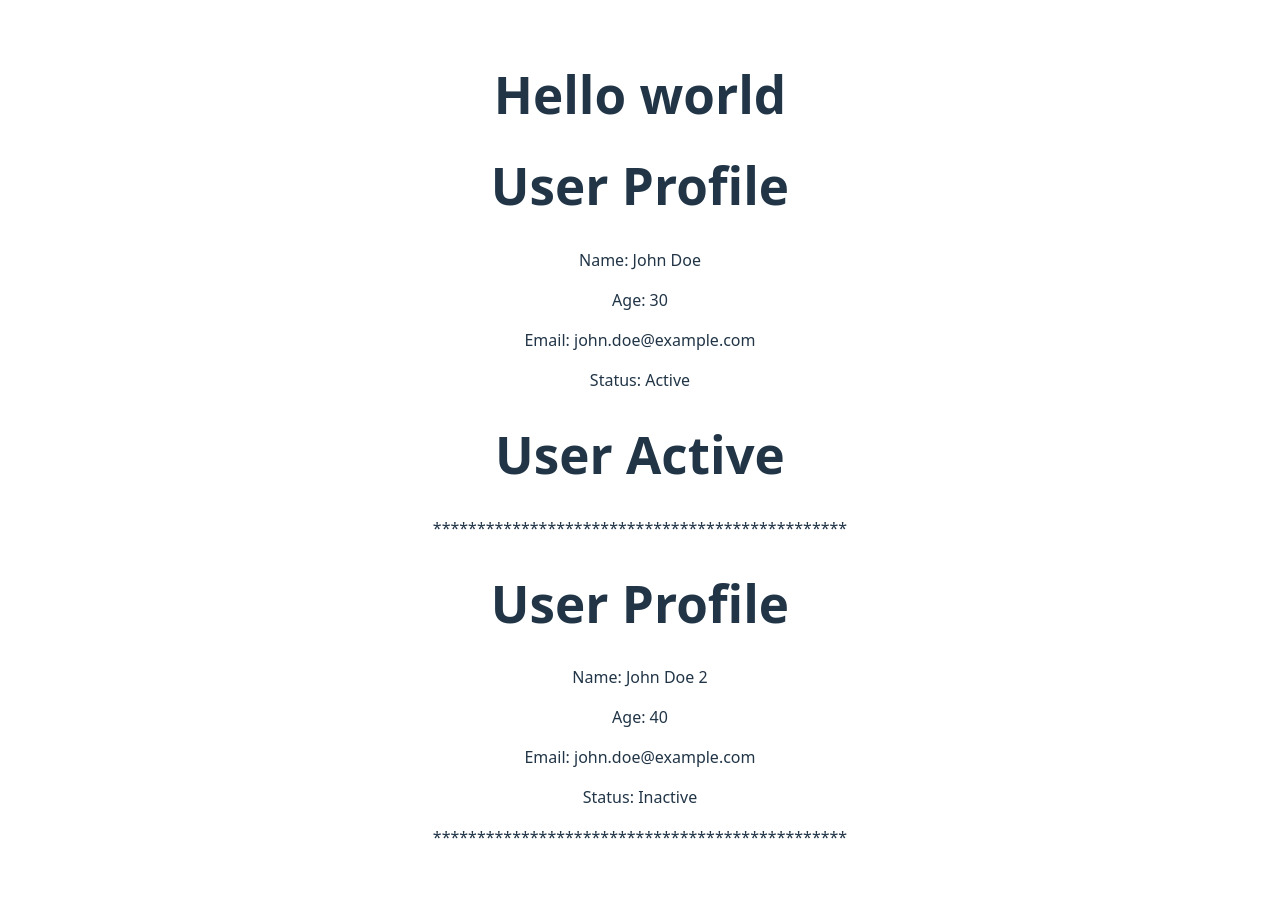
Repository: Janum4444/React-learning
Page: /
The author's editor kept a copy of each file at every save. The page is drawn from the files as they stood at one save, then again after the next save.
The browser window is 1280 px wide. The pictures show the whole page.
The project was rebuilt for these pictures with package versions that can differ from the ones it lists, and the page was loaded fresh each time. Also part of the build but not shown: vite.config.js, src/Button.jsx, src/DynamicToaster.jsx, src/Hello.jsx.

Above is the page before, as saved 2026-02-22 12:49:56.

### src/App.jsx

import './App.css'
import { DynamicToaster } from './DynamicToaster.jsx'
import { Hello } from './Hello.jsx'
import {UserProfile, CustomComponent} from './UserProfile.jsx'

function App() {

  // let product = [
  //   {
  //     id: 1,
  //     name: "Product 1",
  //     price: 100
  //   },
  //   {
  //     id: 2,
  //     name: "Product 2",
  //     price: 200
  //   }
  // ]

  return (
    <>
      <div>
        <h1> Hello world</h1>
        <UserProfile name="John Doe" age={30} email="john.doe@example.com" isActive={true} />
        <UserProfile name="John Doe 2" age={40} email="john.doe@example.com" isActive={false} />




        {/* <CustomComponent />
        <Hello />   */}
        {/* <DynamicToaster  product={product[0]} />

        {/* //company creation */}
        {/* <DynamicToaster message="Company created successfully!" product={product[0]} label="Company close" temp="temp data" />

        <DynamicToaster message="Role created successfully!" />   */}


      </div>
    </>
  )
}

export default App

### src/UserProfile.jsx


export const UserProfile = ({name, age, email, isActive}) => {

    // let userStatus = null;
    // if(isActive) {
    //     userStatus = <h1>User Active</h1>
    // } else {
    //     userStatus = <h2>User Not Active</h2>
    // }

    return (
        <div>
            <h1> User Profile </h1>
            <p>Name: {name}</p>
            <p>Age: {age}</p>
            <p>Email: {email}</p>
            <p>Status: {isActive ? "Active" : "Inactive"}</p>

            {
                isActive && <h1>User Active</h1>
            }


            {/* <h1>User Active</h1>
            <h2>User Not Active</h2> */}
            <p>***********************************************</p>
        </div>
    )
}


export const CustomComponent = () => {
    return (
        <div>
            <h1> Custom Component </h1>
        </div>
    )
}

### src/ProductList.jsx
export const ProductList = ({ products }) => {
    return (
        <div>
            <h1> Product List </h1>
            {products.map((product, index) => (
                <div key={index}>
                    <p>Name: {product.name}</p>
                    <p>Price: ${product.price}</p>
                </div>
            ))}
        </div>
    )
}

Loaded but not shown: src/main.jsx (common file); src/index.css (common file); src/App.css (common file)

After the next save:
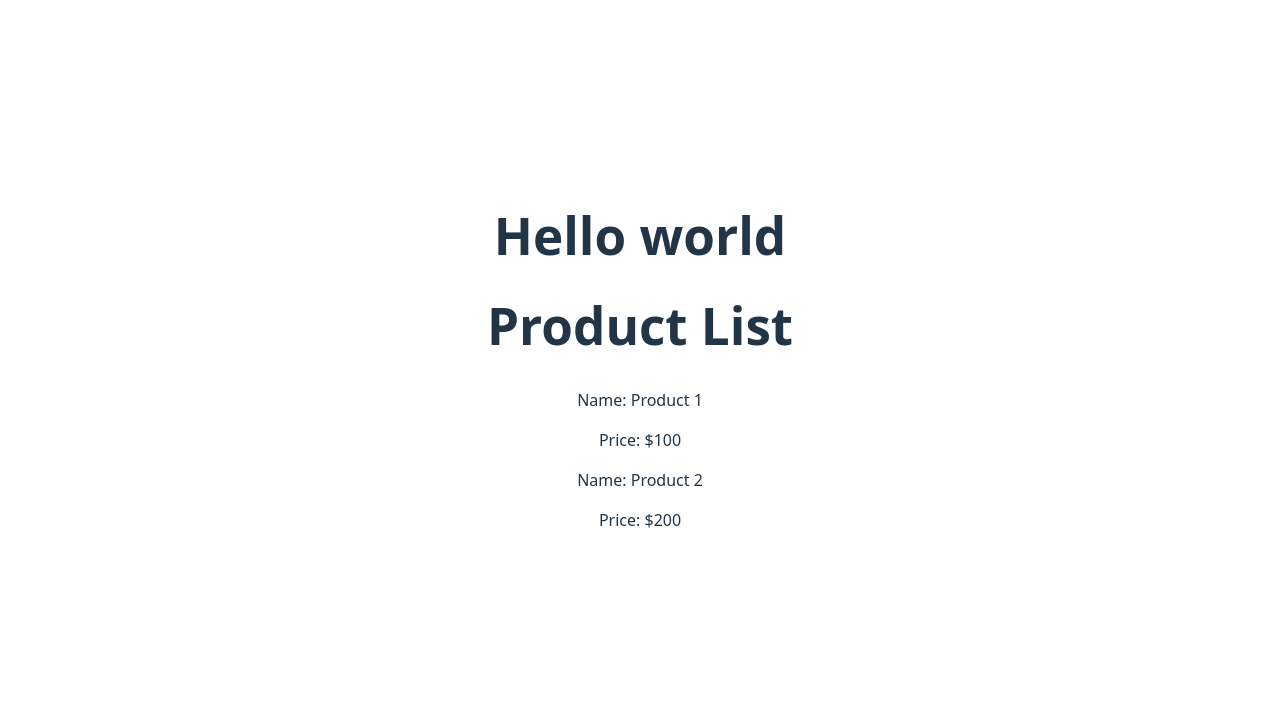
Saved 51 s later.
--- a/src/App.jsx
+++ b/src/App.jsx
@@ -2,29 +2,32 @@
 import './App.css'
 import { DynamicToaster } from './DynamicToaster.jsx'
 import { Hello } from './Hello.jsx'
+import { ProductList } from './ProductList.jsx'
 import {UserProfile, CustomComponent} from './UserProfile.jsx'
 
 function App() {
 
-  // let product = [
-  //   {
-  //     id: 1,
-  //     name: "Product 1",
-  //     price: 100
-  //   },
-  //   {
-  //     id: 2,
-  //     name: "Product 2",
-  //     price: 200
-  //   }
-  // ]
+  let product = [
+    {
+      id: 1,
+      name: "Product 1",
+      price: 100
+    },
+    {
+      id: 2,
+      name: "Product 2",
+      price: 200
+    }
+  ]
 
   return (
     <>
       <div>
         <h1> Hello world</h1>
-        <UserProfile name="John Doe" age={30} email="john.doe@example.com" isActive={true} />
-        <UserProfile name="John Doe 2" age={40} email="john.doe@example.com" isActive={false} />
+        {/* <UserProfile name="John Doe" age={30} email="john.doe@example.com" isActive={true} />
+        <UserProfile name="John Doe 2" age={40} email="john.doe@example.com" isActive={false} /> */}
+
+        <ProductList products={product} />
 
 
 
